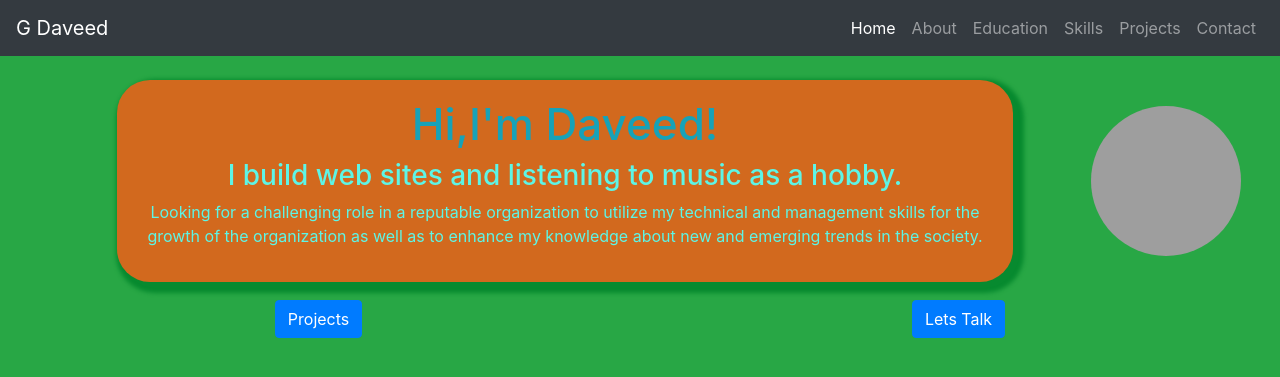
Repository: DaveedGangi/DaveedWebsite
Page: one.html
An editor plug-in stored every save of this project. The page is shown before and after a run of saves, followed by the edit.
The browser window is 1280 px wide. The pictures show the whole page.
Pictures or frames that could not be fetched are drawn as grey boxes.

Above is the page before, as saved 2023-10-23 12:21:37.

After the next 4 saves:
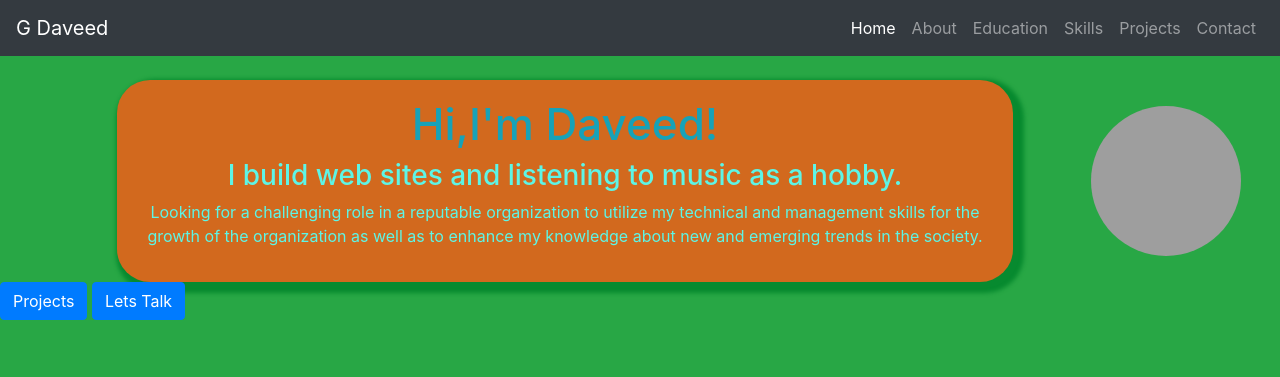
The 4 saves are shown as one change because they came seconds apart.
The last was saved 60 s later.
--- a/two.css
+++ b/two.css
@@ -39,7 +39,7 @@
     align-items:center;
     box-shadow:5px 5px 4px 6px rgb(7, 138, 47);
 }
-.buttons{
+.butons{
     display: flex;
     flex-direction: row;
     justify-content: space-around;

After the save that followed:
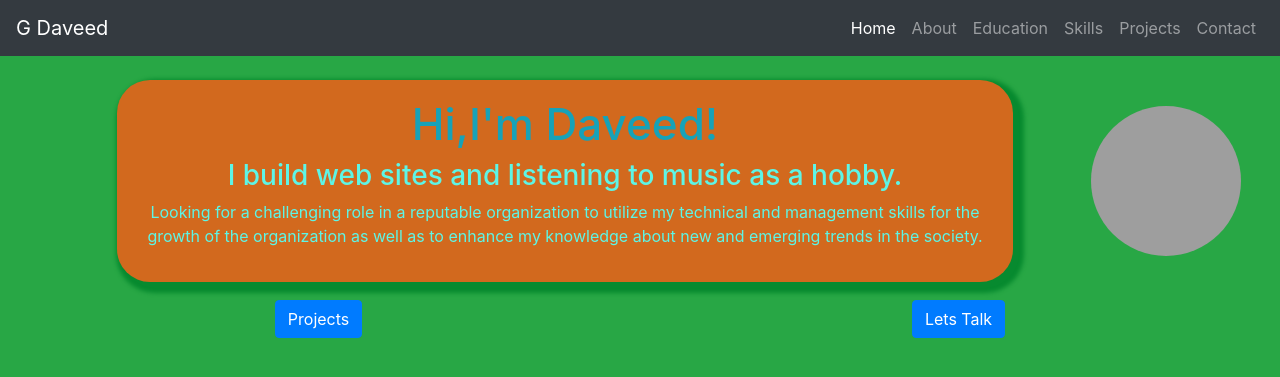
Saved 5 s later.
--- a/two.css
+++ b/two.css
@@ -39,7 +39,7 @@
     align-items:center;
     box-shadow:5px 5px 4px 6px rgb(7, 138, 47);
 }
-.butons{
+.buttons{
     display: flex;
     flex-direction: row;
     justify-content: space-around;
